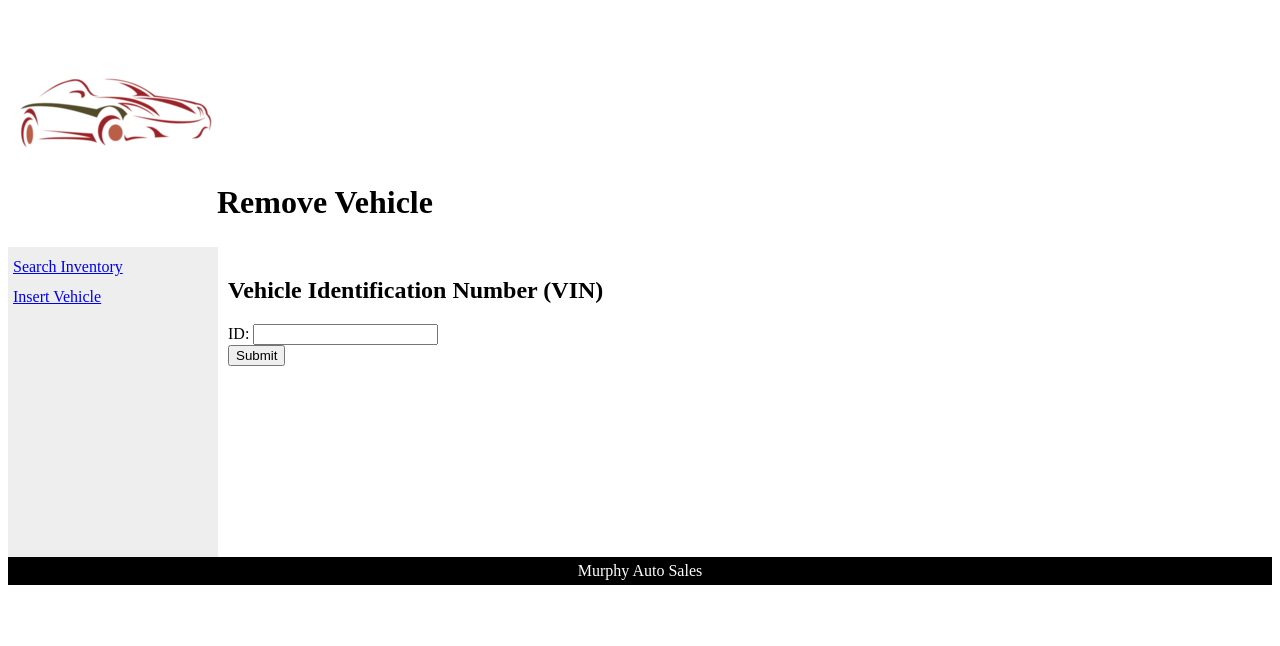
Repository: CamdenMurphy/workspace4830-intro-to-software-engineering
Page: techExercise/techExercise-Murphy/src/main/webapp/delete_murphy.html
These files come from the project's save history. The page is drawn as it stood at one moment and after the next save; the edit follows.
The browser window is 1280 px wide. The pictures show the whole page.

Above is the page before, as saved 2023-10-12 06:13:40.

After the next save:
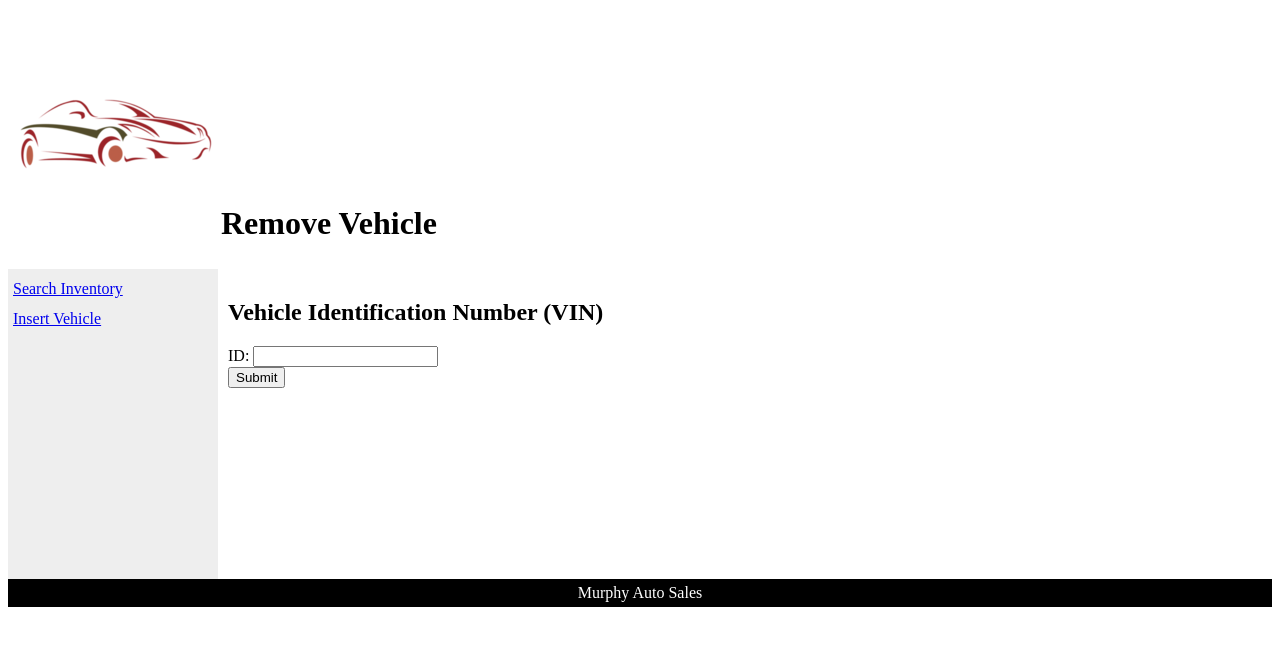
Saved 59 s later.
--- a/techExercise/techExercise-Murphy/src/main/webapp/delete_murphy.html
+++ b/techExercise/techExercise-Murphy/src/main/webapp/delete_murphy.html
@@ -36,8 +36,10 @@ h1 {
 
 <body>
 <header>
-	<img src="car_icon.webp" alt="car logo">
-	<h1> Remove Vehicle </h1>
+
+	<h1>
+		<img src="car_icon.webp" alt="car logo">
+		Remove Vehicle </h1>
 </header>
 
 <nav>
